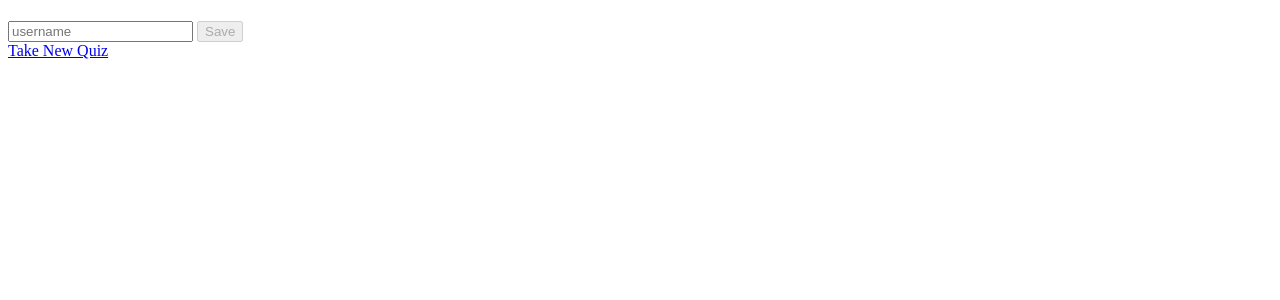
Repository: Q1ngQode/Briana-s-Quiz-App
Page: index.html
An editor plug-in stored every save of this project. The page is shown before and after a run of saves, followed by the edit.
The browser window is 1280 px wide. The pictures show the whole page.

Above is the page before, as saved 2022-08-08 23:48:54.
Console error: SyntaxError: Unexpected token '<'

After the next 3 saves:
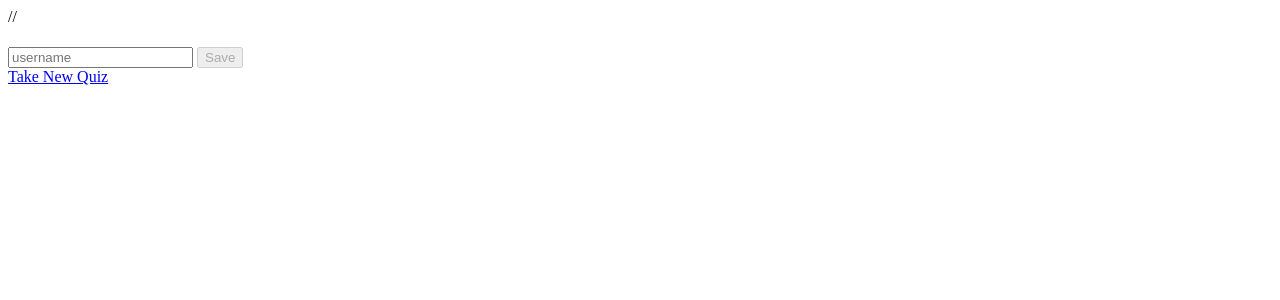
The 3 saves are shown as one change because they came seconds apart.
The last was saved 12 s later.
--- a/index.html
+++ b/index.html
@@ -6,7 +6,7 @@
     <meta name="viewport" content="width=device-width, initial-scale=1.0">
     <title>Study Quiz</title>
     <link rel="stylesheet" href="app.css"/>
-
+    //
     <html lang="en">
   <head>
     <meta charset="UTF-8" />
